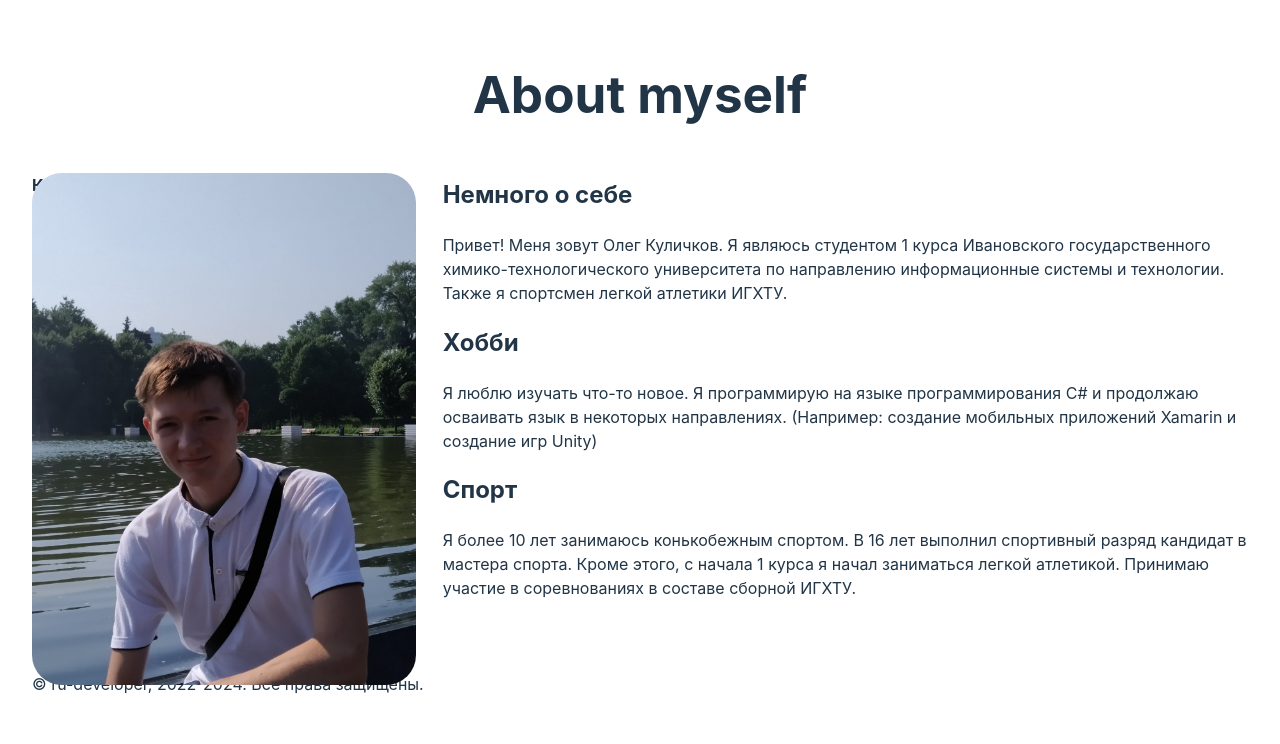
Repository: HubOl01/my_profile
Page: /
The author's editor kept a copy of each file at every save. The page is drawn from the files as they stood at one save, then again after the next save.
The browser window is 1280 px wide. The pictures show the whole page.
The project was rebuilt for these pictures with package versions that can differ from the ones it lists, and the page was loaded fresh each time. Also part of the build but not shown: vite.config.ts.

Above is the page before, as saved 2024-03-06 08:41:16.

### src/App.tsx
import { Grid } from '@mui/material'
import './App.css'
import Common from './components/center/Common'
import Footer from './components/footer/Footer'
import Header from './components/header/Header'
import LeftBar from './components/left/LeftBar'


function App() {

  return (
    <>
      <Header />
      <Grid container spacing={2}>
        <Grid item xs={4}>
          <LeftBar />
        </Grid>
        <Grid item xs>
          <Common />
        </Grid>
      </Grid>
      <Footer />
    </>
  )
}

export default App

### src/App.css
#root {
  max-width: 1280px;
  margin: 0 auto;
  padding: 2rem;
  /* text-align: center; */
}
.logo:hover {
  filter: drop-shadow(0 0 2em #646cffaa);
}
.logo.react:hover {
  filter: drop-shadow(0 0 2em #61dafbaa);
}

@keyframes logo-spin {
  from {
    transform: rotate(0deg);
  }
  to {
    transform: rotate(360deg);
  }
}

@media (prefers-reduced-motion: no-preference) {
  a:nth-of-type(2) .logo {
    animation: logo-spin infinite 20s linear;
  }
}

.card {
  padding: 2em;
}

.read-the-docs {
  color: #888;
}

### src/components/center/Common.tsx
import React from 'react'

export default function Common() {
  return (
    <div className="Text">
      <h2>Немного о себе</h2>
      <p>
        Привет! Меня зовут Олег Куличков. Я являюсь студентом 1 курса
        Ивановского государственного химико-технологического университета по
        направлению информационные системы и технологии. Также я спортсмен
        легкой атлетики ИГХТУ.
      </p>
      <h2>Хобби</h2>
      <p>
        Я люблю изучать что-то новое. Я программирую на языке программирования
        C# и продолжаю осваивать язык в некоторых направлениях. (Например:
        создание мобильных приложений Xamarin и создание игр Unity)
      </p>
      <h2>Спорт</h2>
      <p>
        Я более 10 лет занимаюсь конькобежным спортом. В 16 лет выполнил
        спортивный разряд кандидат в мастера спорта. Кроме этого, с начала 1
        курса я начал заниматься легкой атлетикой. Принимаю участие в
        соревнованиях в составе сборной ИГХТУ.
      </p>
    </div>
  )
}

### src/components/footer/Footer.tsx
import React from 'react'

export default function Footer() {
  return (
    <footer className="text-muted">
    <div className="container">
      <p className="float-right">
        <a href="#">Вернуться к началу</a>
      </p>
      <p className="footer-text">© ru-developer, 2022-{(new Date()).getFullYear()}. Все права защищены.</p>
    </div>
  </footer>
  )
}

### src/components/header/Header.tsx
import './Header.style.scss'

export default function Header() {
  return (
    <header>
      <div>
        <h1>About myself</h1>
      </div>
    </header>
  )
}

### src/components/left/LeftBar.tsx
import './LeftBar.style.scss'
import about from '../../assets/images/About.jpg'
import isuct from '../../assets/images/isuct.png'
import web from '../../assets/images/web.png'
import vk from '../../assets/images/vk.png'
import github from '../../assets/images/GitHub.png'

const LeftBar = () => {
  return (
    <>
      <div>
        <a title="Куличков Олег" href="https://vk.com/oleg01f">
          <img
            alt="about"
            src={about}
            // width={400}

            // backgroundSize: 'contain'
            style={{
              borderRadius: '30px',
              display: 'flex',
              position: "absolute",
              // position: "absolute",
              // left: 0,
              // top: 0,
              width: "30%", //auto
              // maxWidth:"100%"
              // objectFit: "scale-down"
              // backgroundSize: 'contain',
              // backgroundRepeat: 'no-repeat'
            }}
            data-holder-rendered="true"
          />
        </a>
        <div>
          <p>
            <b>Куличков Олег Павлович</b>
          </p>
          <p>
            <span >День рождения:</span> 8 декабря 2002
          </p>
          <p>
            <span className="text-format">Город:</span> Иваново
          </p>
          <p>
            Студент ИГХТУ
            <img
              className="isuct"
              alt="ISUCT"
              src={isuct}
              width={20}
            // data-holder-rendered="true"
            />
          </p>
          <p>
            <span className="text-format">Факультет:</span> Факультет техники,
            управления и цифровой инфраструктуры
          </p>
          <p>
            <span className="text-format">Специальность:</span> Информационные
            системы и технологии
          </p>
          <p style={{
            "textAlign": "center"
          }}>
            <span className="text-format" >Социальные сети</span>
          </p>
          <div className="websites" style={{
            "textAlign": "center",
            "display": "inline-flex",
            "justifyContent": "center"
          }}>
            <div className="web1">
              <a
                href="mailto:kuloleg54@gmail.com?subject=Вопрос от подписчика"
                title="Email"
              >
                <img
                  className="img-icon"
                  alt="Email"
                  src={web}
                  width={40}
                />
              </a>
            </div>
            <div className="web2">
              <a href="https://vk.com/oleg01f" title="Vk">
                <img
                  className="img-icon"
                  alt="Vk"
                  src={vk}
                  width={20}
                />
              </a>
            </div>
            <div className="web3">
              <a href="https://github.com/HubOl01" title="GitHub">
                <img
                  className="img-icon"
                  alt="GitHub"
                  src={github}
                  width={20}
                />
              </a>
            </div>
          </div>
        </div>
      </div>
    </>
  )
}

export default LeftBar

### src/components/left/LeftBar.style.scss
.img-icon{
    width: 50px;
    height: 50px;
}
div{
    display: "flex";
}

Loaded but not shown: index.html (common file); src/main.tsx (common file); src/index.css (common file); src/components/header/Header.style.scss (common file)

After the next save:
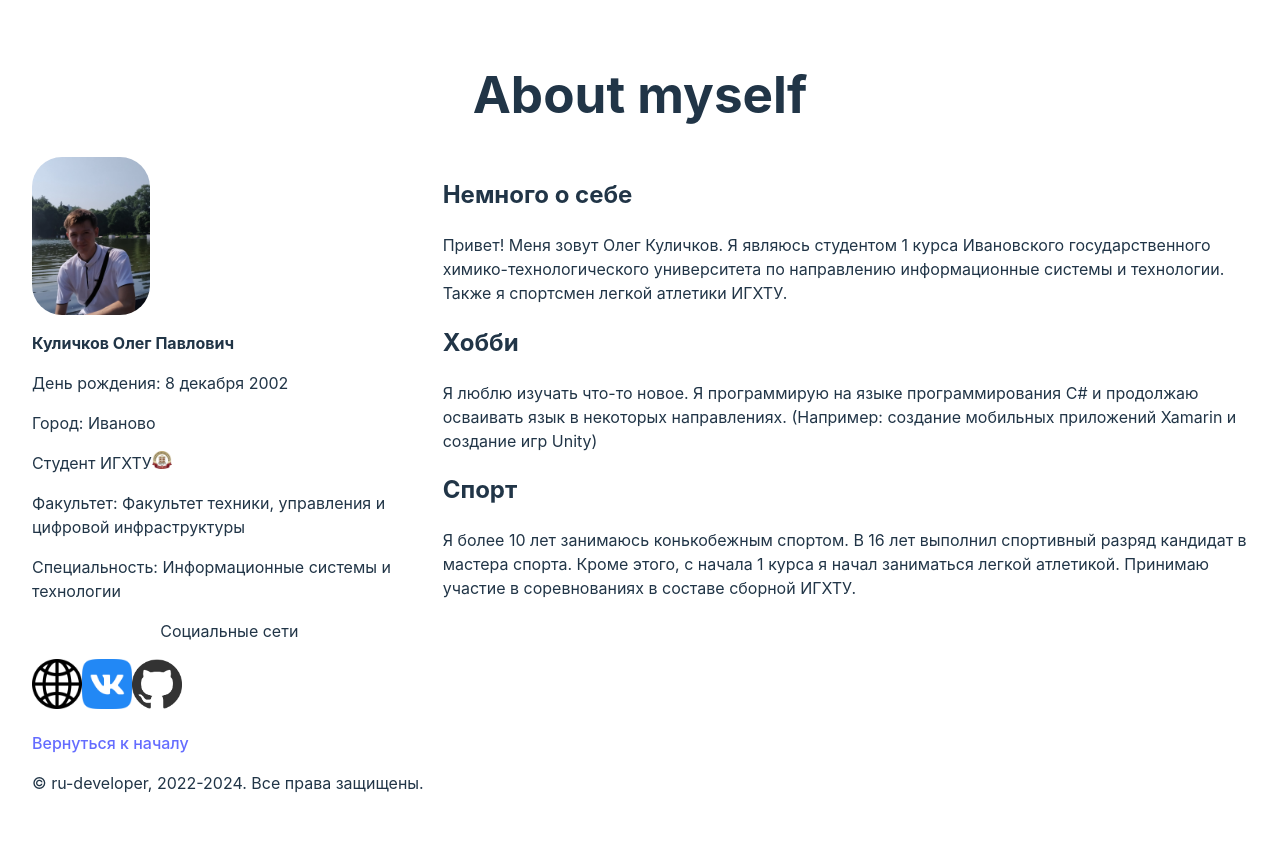
Saved 6 s later.
--- a/src/components/left/LeftBar.tsx
+++ b/src/components/left/LeftBar.tsx
@@ -19,7 +19,7 @@ const LeftBar = () => {
             style={{
               borderRadius: '30px',
               display: 'flex',
-              position: "absolute",
+              // position: "absolute",
               // position: "absolute",
               // left: 0,
               // top: 0,
